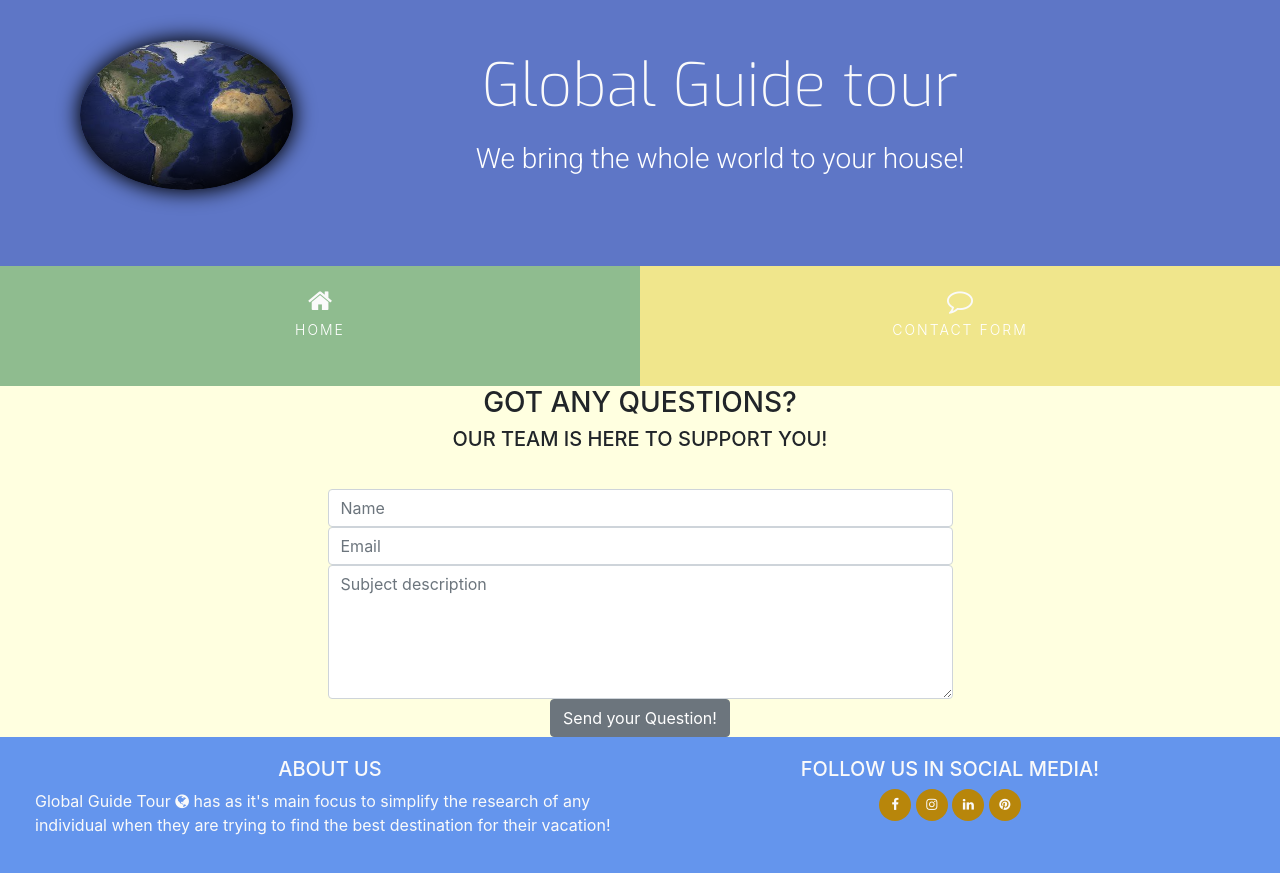
Repository: Bumper0417/2nd-Milestone-Project-with-Javascript
Page: contact-form.html
The author's editor kept a record of every edit. The page is drawn from the files as they stood at one moment, then again after the next edit.
The browser window is 1280 px wide. The pictures show the whole page.
Some web libraries are served in a nearby version.

Above is the page before.

After the next edit:
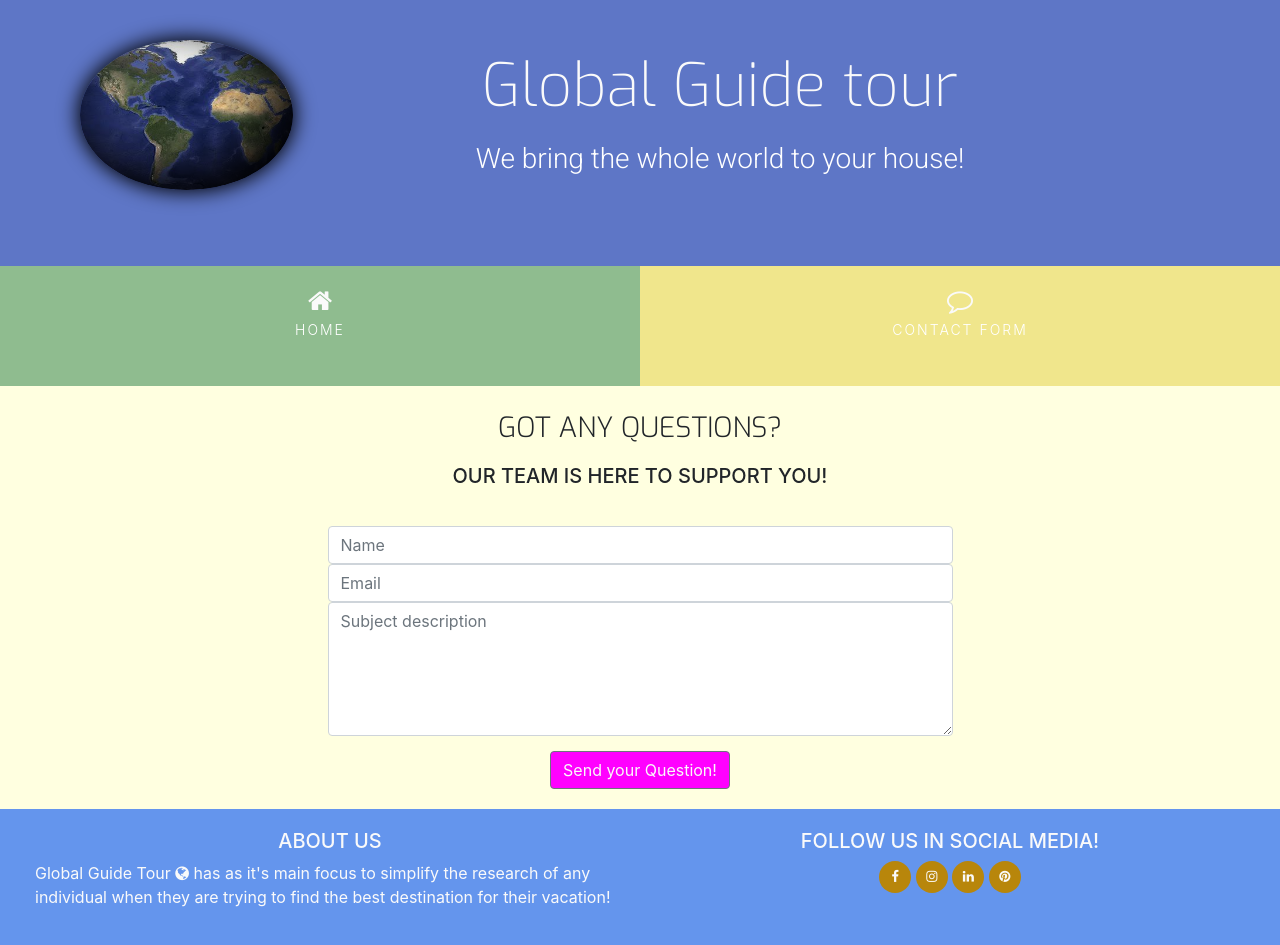
The edit:
--- a/assets/css/style.css
+++ b/assets/css/style.css
@@ -249,6 +249,29 @@
   text-align: center;
 }
 
+/*--------Contact Form------*/
+
+.contact-heading{
+    font-family: "Exo", sans-serif;
+    font-weight: 300;
+    margin-top: 25px;
+    margin-bottom: 20px;
+
+}
+
+.center-form{
+    padding-top: 10px;
+    margin:0 auto;
+    max-width: 70%;
+
+}
+
+button[type="submit"]{
+    margin-top: 15px;
+    margin-bottom: 20px;
+    color:#fafafa;
+    background-color: 	#FF00FF;}
+
 /*--------Media Queries------*/
 
 @media(min-width: 992px){
